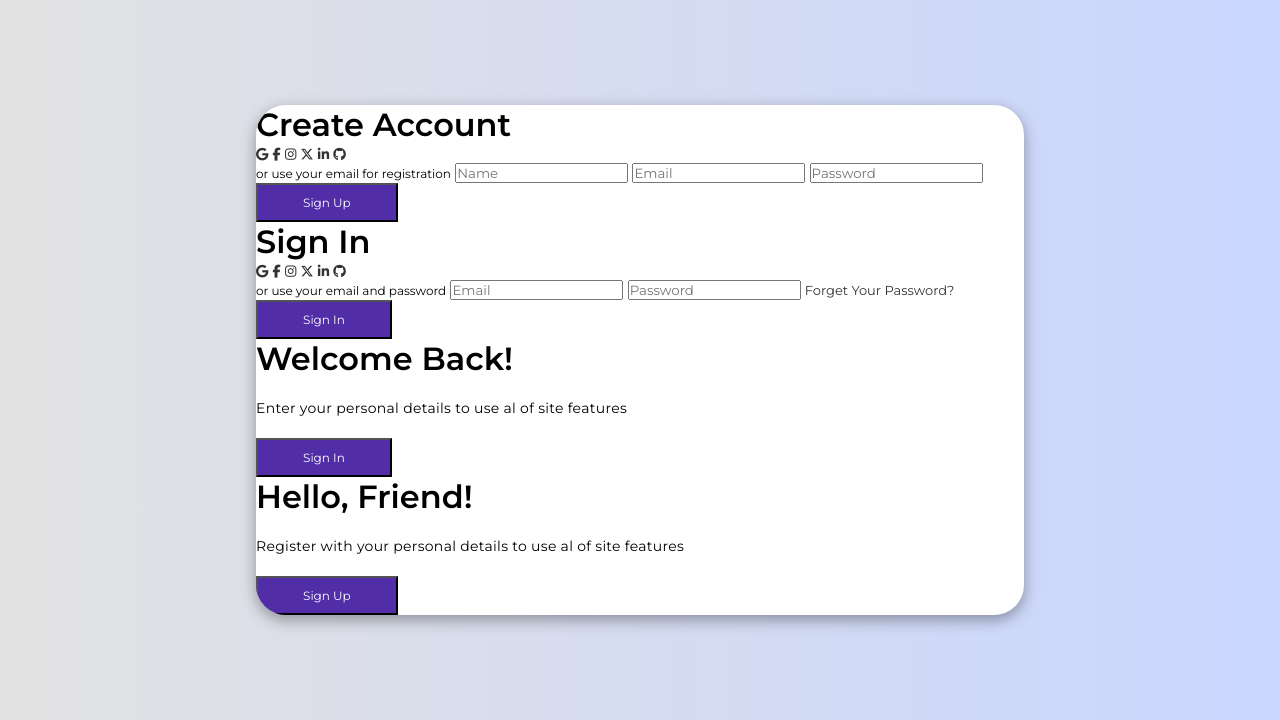
Repository: DevMike1993/Animated_Login_Page
Page: index.html
The author's editor kept a copy of each file at every save. The page is drawn from the files as they stood at one save, then again after a run of saves.
The browser window is 1280 px wide. The pictures show the whole page.

Above is the page before, as saved 2023-12-17 19:59:26.

### index.html
<!DOCTYPE html>
<html lang="en">
<head>
    <meta charset="UTF-8">
    <meta name="viewport" content="width=device-width, initial-scale=1.0">
    <link rel="stylesheet" href="https://cdnjs.cloudflare.com/ajax/libs/font-awesome/6.5.1/css/all.min.css">
    <link rel="stylesheet" href="style.css">
    <title>Animated Login Page</title>
</head>
<body>

    <div class="container" id="container">
        <div class="form-container sign-up">
            <form>
                <h1>Create Account</h1>
                <div class="social-icons">
                    <a href="#" class="icon"><i class="fa-brands fa-google"></i></a>
                    <a href="#" class="icon"><i class="fa-brands fa-facebook-f"></i></a>
                    <a href="#" class="icon"><i class="fa-brands fa-instagram"></i></a>
                    <a href="#" class="icon"><i class="fa-brands fa-x-twitter"></i></a>
                    <a href="#" class="icon"><i class="fa-brands fa-linkedin-in"></i></a>
                    <a href="#" class="icon"><i class="fa-brands fa-github"></i></a>
                </div>
                <span>or use your email for registration</span>
                <input type="text" placeholder="Name">
                <input type="email" placeholder="Email">
                <input type="password" placeholder="Password">
                <button>Sign Up</button>
            </form>
        </div>
        <div class="form-container sign-in">
            <form>
                <h1>Sign In</h1>
                <div class="social-icons">
                    <a href="#" class="icon"><i class="fa-brands fa-google"></i></a>
                    <a href="#" class="icon"><i class="fa-brands fa-facebook-f"></i></a>
                    <a href="#" class="icon"><i class="fa-brands fa-instagram"></i></a>
                    <a href="#" class="icon"><i class="fa-brands fa-x-twitter"></i></a>
                    <a href="#" class="icon"><i class="fa-brands fa-linkedin-in"></i></a>
                    <a href="#" class="icon"><i class="fa-brands fa-github"></i></a>
                </div>
                <span>or use your email and password</span>
                <input type="email" placeholder="Email">
                <input type="password" placeholder="Password">
                <a href="#">Forget Your Password?</a>
                <button>Sign In</button>
            </form>
        </div>
        <div class="toggle-container">
            <div class="toggle">
                <div class="toggle-panel toggle-left">
                    <h1>Welcome Back!</h1>
                    <p>Enter your personal details to use al of site features</p>
                    <button class="hiden" id="login">Sign In</button>
                </div>
                <div class="toggle-panel toggle-right">
                    <h1>Hello, Friend!</h1>
                    <p>Register with your personal details to use al of site features</p>
                    <button class="hiden" id="register">Sign Up</button>
                </div>
            </div>
        </div>
    </div>

    <script src="script.js"></script>
</body>
</html>

### style.css
@import url('https://fonts.googleapis.com/css2?family=Montserrat:ital,wght@0,200;0,300;0,400;0,500;0,600;1,200;1,300&family=Poppins&display=swap');

*{
    margin: 0;
    padding: 0;
    box-sizing: border-box;
    font-family: "Montserrat", sans-serif;
}

body{
    background-color: #c9d6ff;
    background: linear-gradient(to right, #e2e2e2, #c9d6ff);
    display: flex;
    align-items: center;
    justify-content: center;
    flex-direction: column;
    height: 100vh;
}

.container{
    background-color: #fff;
    border-radius: 30px;
    box-shadow: 0 5px 15px rgba(0, 0, 0, 0.35);
    position: relative;
    overflow: hidden;
    width: 768px;
    max-width: 100%;
    min-height: 480px;
}

.container p{
    font-size: 14px;
    line-height: 20px;
    letter-spacing: 0.3px;
    margin: 20px 0;
}

.container span{
    font-size: 12px;
}

.container a{
    color: #333;
    font-size: 13px;
    text-decoration: none;
    margin: 15px 0 10px;
}

.container button{
    background-color: #512da8;
    color: #fff;
    font-size: 12px;
    padding: 10px 45px;
    border:

}

Loaded but not shown: script.js (no copy from this time; the picture is the same without it)

After the next 3 saves:
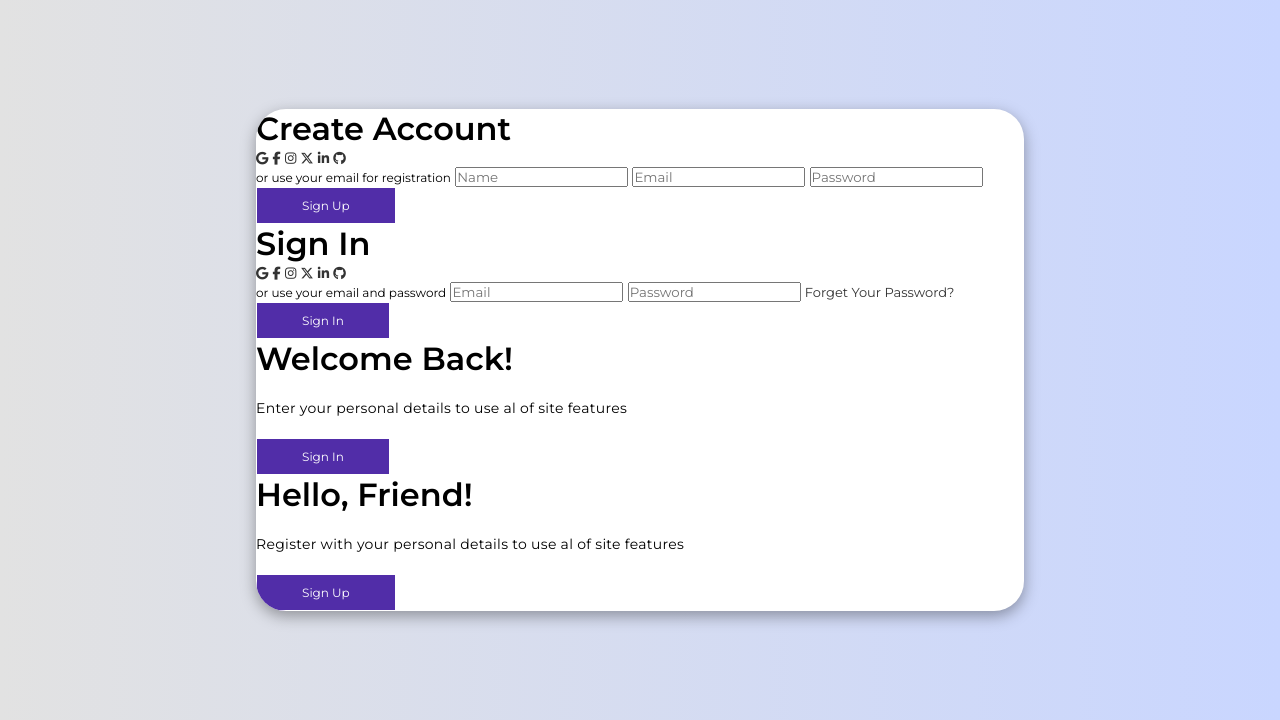
The 3 saves are shown as one change because they came seconds apart.
The last was saved 7 s later.
--- a/style.css
+++ b/style.css
@@ -51,6 +51,6 @@ body{
     color: #fff;
     font-size: 12px;
     padding: 10px 45px;
-    border:
+    border: 1px solid
 
 }
